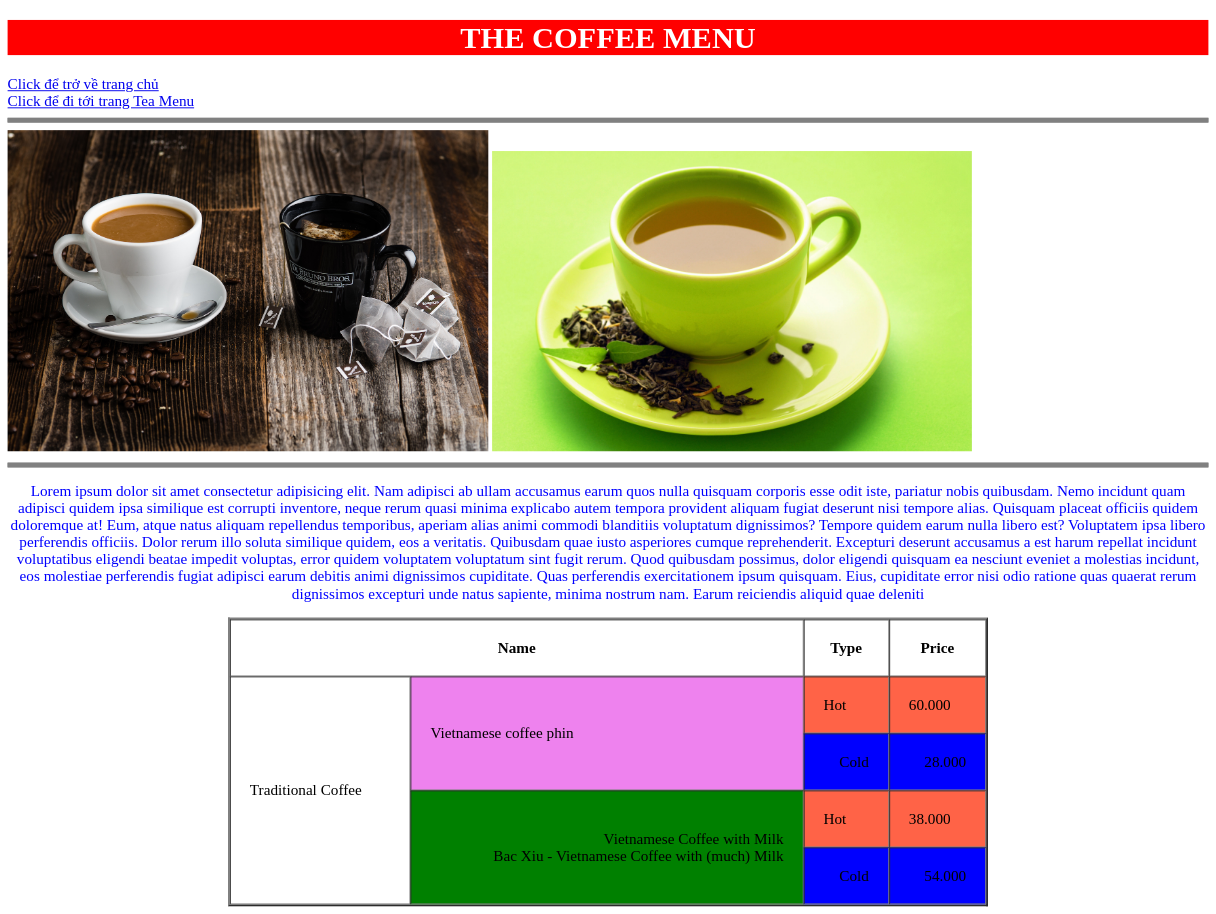
Repository: giahuy405/HomeWork_Coffee
Page: coffee.html
An editor plug-in stored every save of this project. The page is shown before and after the next save, followed by the edit.
The browser window is 1280 px wide. The pictures show the whole page, at 95% of full size.

Above is the page before, as saved 2022-09-07 12:17:49.

After the next save:
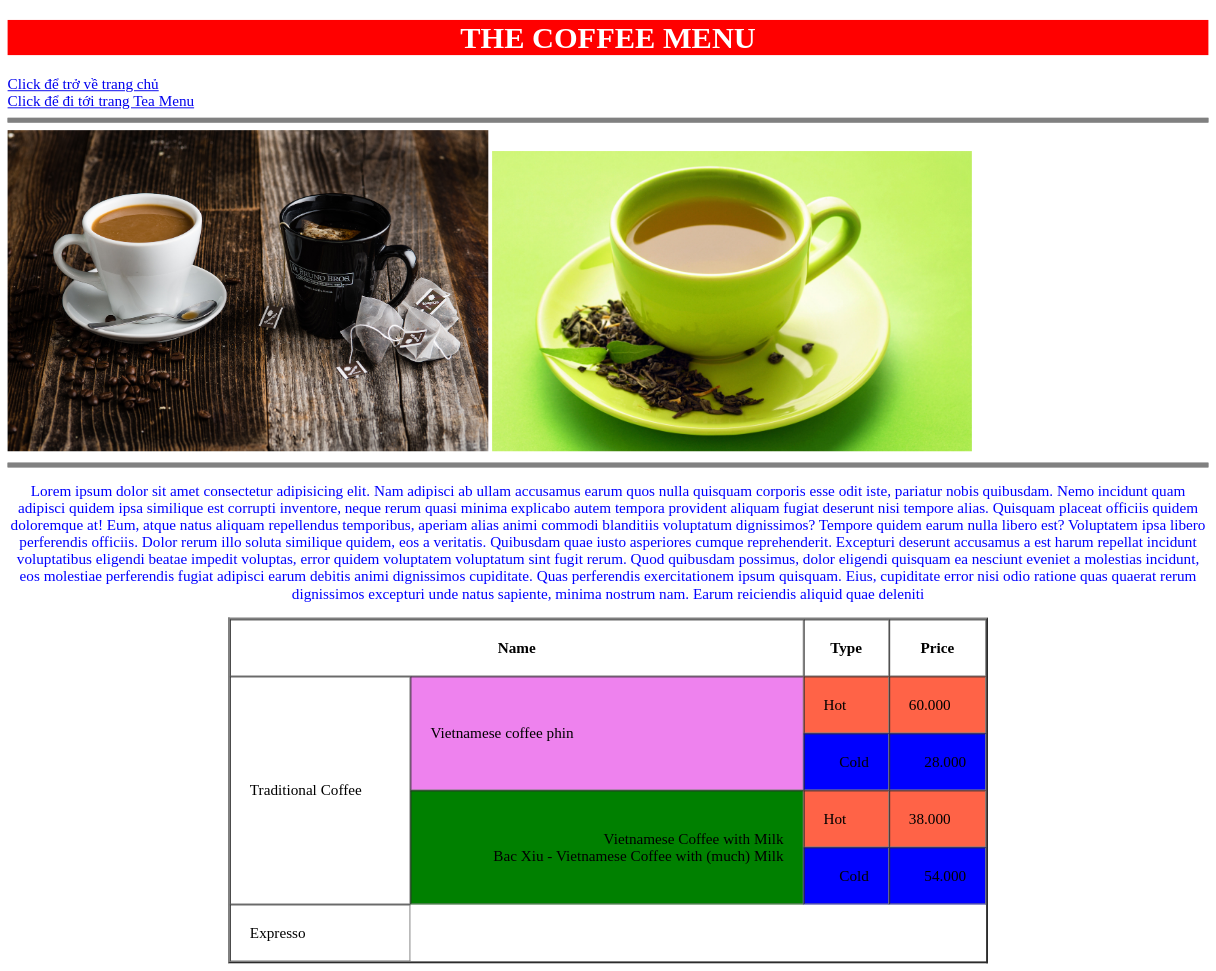
Saved 49 s later.
--- a/coffee.html
+++ b/coffee.html
@@ -39,10 +39,12 @@
                 <td style="background-color: rgb(255, 99, 71);">Hot</td>
             <td style="background-color: rgb(255, 99, 71);">38.000</td>
         </tr>
-
         <tr>
             <td style="text-align:right;background-color:blue">Cold</td>
             <td style="text-align: right;background-color:blue">54.000</td>
+        </tr>
+        <tr>
+            <td rowspan="3">Expresso</td>
         </tr>
 
     </table>
